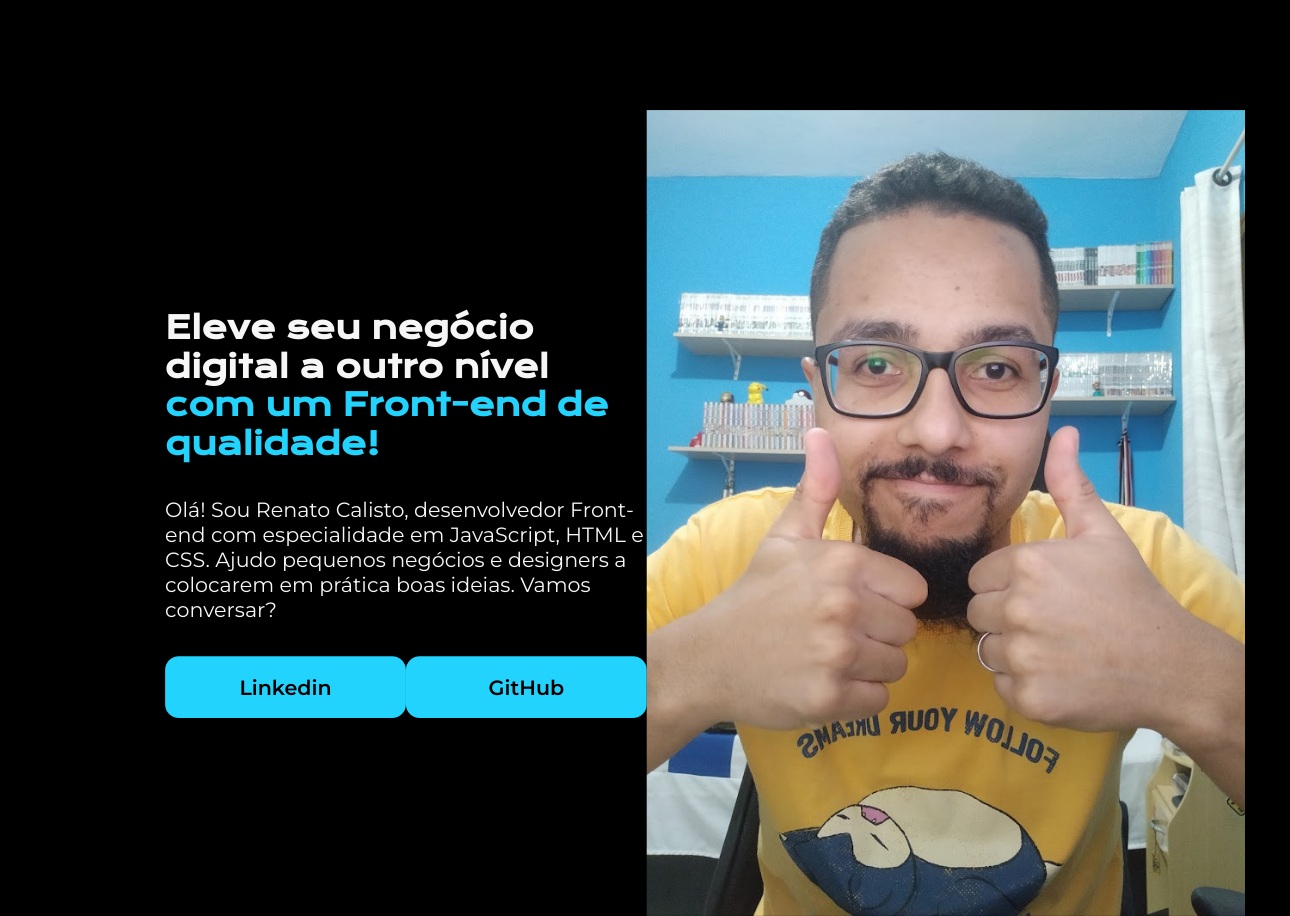
Repository: RenatoCCS/Portfolio_Alura
Page: index.html
An editor plug-in stored every save of this project. The page is shown before and after the next save, followed by the edit.
The browser window is 1280 px wide. The page is 1448 px wide, then 1500 px, so the pictures cover 1500 px, including what lies to the right of the window. The pictures show the whole page, at 86% of full size.

Above is the page before, as saved 2023-02-27 16:09:17.

### index.html
<!DOCTYPE html>
<html lang="pt-br">
  <head>
    <meta charset="UTF-8" />
    <meta http-equiv="X-UA-Compatible" content="IE=edge" />
    <meta name="viewport" content="width=device-width, initial-scale=1.0" />
    <title>Portfolio</title>
    <link rel="stylesheet" href="style.css" />
  </head>
  <body>
    <header></header>
    <main class="apresentacao">
      <section class="apresentacao__conteudo">
        <h1 class="apresentacao__conteudo__titulo">
          Eleve seu negócio digital a outro nível
          <strong class="titulo-destaque">
            com um Front-end de qualidade!
          </strong>
        </h1>
        <p class="apresentacao__conteudo__texto">
          Olá! Sou Renato Calisto, desenvolvedor Front-end com especialidade em
          JavaScript, HTML e CSS. Ajudo pequenos negócios e designers a
          colocarem em prática boas ideias. Vamos conversar?
        </p>
        <div class="apresentacao__links">
          <a
            class="apresentacao__links__link"
            href="https://www.linkedin.com/in/renatocalisto/"
            >Linkedin</a
          >
          <a
            class="apresentacao__links__link"
            href="https://github.com/RenatoCCS"
            >GitHub</a
          >
        </div>
      </section>
      <img
        class="apresentacao__foto"
        src="renato.jpg"
        alt="Renato fazendo sinal de positivo com ambas as mãos"
      />
    </main>
    <footer></footer>
  </body>
</html>

### style.css
@import url('https://fonts.googleapis.com/css2?family=Krona+One&family=Montserrat:wght@400;600&display=swap');

* {
  margin: 0;
  padding: 0;
}

body {
  height: 100vh;
  box-sizing: border-box;
  background-color: #000000;
  color: #f6f6f6;
}

.titulo-destaque {
  color: #22d4fd;
}

.apresentacao {
  margin: 10% 15%;
  display: flex;
  align-items: center;
  justify-content: space-between;
}

.apresentacao__conteudo {
  width: 615px;
  display: flex;
  flex-direction: column;
  gap: 40px;
}

.apresentacao__conteudo__titulo {
  font-size: 36px;
  font-family: 'Krona One', sans-serif;
}

.apresentacao__conteudo__texto {
  font-size: 24px;
  font-family: 'Montserrat', sans-serif;
}

.apresentacao__links {
  display: flex;
  justify-content: space-between;
}

.apresentacao__links__link {
  background-color: #22d4fd;
  width: 280px;
  text-align: center;
  border-radius: 16px;
  font-size: 24px;
  font-weight: 600;
  padding: 21.5px 0;
  text-decoration: none;
  color: #000000;
  font-family: 'Montserrat', sans-serif;
}

/*.apresentacao__foto {
  position: absolute;
  width: 467.71px;
  height: 532px;
  left: 1032px;
  top: 253px;
}
*/

After the next save:
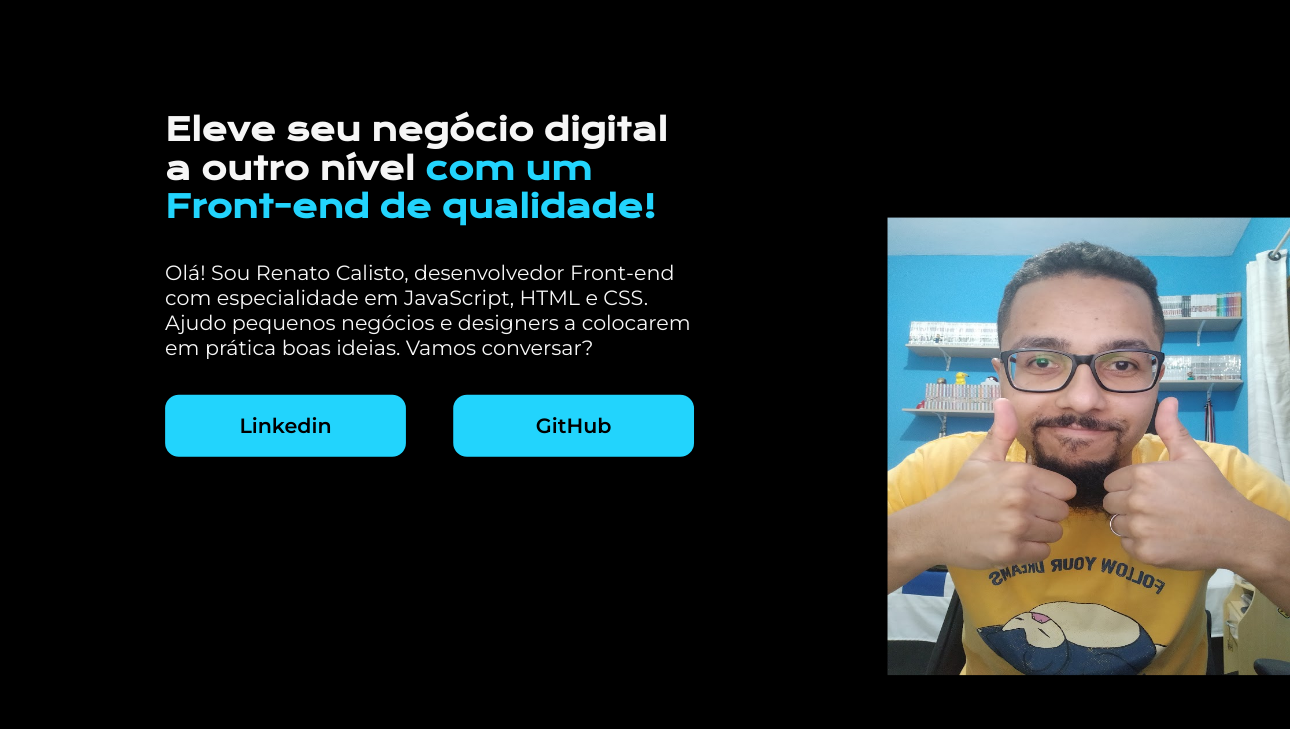
Saved 81 min 51 s later.
--- a/style.css
+++ b/style.css
@@ -58,11 +58,10 @@ body {
   font-family: 'Montserrat', sans-serif;
 }
 
-/*.apresentacao__foto {
+.apresentacao__foto {
   position: absolute;
   width: 467.71px;
   height: 532px;
   left: 1032px;
   top: 253px;
 }
-*/
